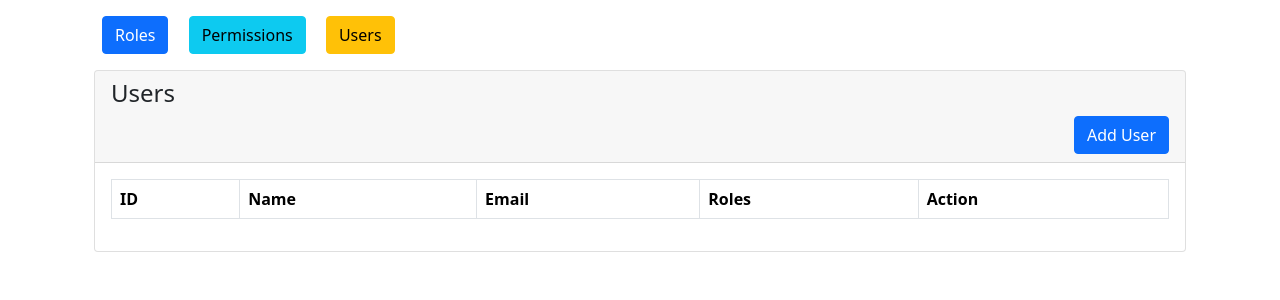
Repository: viisantos/permission_demo
Page: http://localhost/users
An editor plug-in stored every save of this project. The page is shown before and after a run of saves, followed by the edit.
The browser window is 1280 px wide. The pictures show the whole page.
The page is served by the project's Laravel application, run on PHP 8.4 with Laravel 10. Other server files are loaded and not shown. Queries for data that is not in the repository find no rows.

Above is the page before, as saved 2024-05-25 20:57:08.

### routes/web.php
<?php

use App\Http\Controllers\ProfileController;
use Illuminate\Support\Facades\Route;

/*
|--------------------------------------------------------------------------
| Web Routes
|--------------------------------------------------------------------------
|
| Here is where you can register web routes for your application. These
| routes are loaded by the RouteServiceProvider and all of them will
| be assigned to the "web" middleware group. Make something great!
|
*/

Route::get('/', function () {
    return view('welcome');
});

Route::get('/dashboard', function () {
    return view('dashboard');
})->middleware(['auth', 'verified'])->name('dashboard');

/*
Route::middleware('auth')->group(function () {

});*/

Route::group(['middleware' => ['role:super-admin|admin|regular']], function () {
    Route::get('/profile', [ProfileController::class, 'edit'])->name('profile.edit');
    Route::patch('/profile', [ProfileController::class, 'update'])->name('profile.update');
    Route::delete('/profile', [ProfileController::class, 'destroy'])->name('profile.destroy');
    Route::name('profile.destroy')->middleware('permission:delete role');
    Route::resource('permissions', App\Http\Controllers\PermissionController::class);
    //Route::get('permissions/{permissionId}/delete', [App\Http\Controllers\PermissionController::class, 'destroy']);
    Route::resource('roles', App\Http\Controllers\RoleController::class);
   // Route::get('roles/{roleId}/delete', [App\Http\Controllers\RoleController::class, 'destroy']);
    Route::get('roles/{role}/add-permissions', [App\Http\Controllers\RoleController::class, 'addPermissionToRole'])->name('roles.add-permissions');
    Route::put('roles/{role}/give-permissions', [App\Http\Controllers\RoleController::class, 'givePermissionToRole'])->name('roles.give-permissions');
    Route::resource('users', App\Http\Controllers\UserController::class);
    //Route::get('users/{userId}/delete', [App\Http\Controllers\UserController::class, 'destroy']);
});

require __DIR__.'/auth.php';

### app/Http/Controllers/UserController.php
<?php

namespace App\Http\Controllers;

use Illuminate\Http\Request;
use App\Models\User;
use Illuminate\Support\Facades\Hash;
use Spatie\Permission\Models\Role;

class UserController extends Controller
{
    public function __construct(){
        $this->middleware('permission:delete user', ['only' => ['destroy']]);
        $this->middleware('permission:update user', ['only' => ['update','edit']]);
        $this->middleware('permission:view user',   ['only' => ['index','show']]);
        $this->middleware('permission:create user', ['only' => ['create','store']]);
    }
    public function index(){
        $users = User::get();
        return view('role-permission.user.index', compact('users'));
    }

    public function create(){
        $roles = Role::pluck('name','name')->all();
        return view('role-permission.user.create', compact('roles'));
    }
    public function store(Request $request){
     /*
        $request->validate([
            'name' => 'required|string|max:255',
            'email' => 'required|email|max:255',
            'password' => 'required|string|min:8|max:20',
            'roles' => 'required'
        ]);*/


        $user = User::create([
            'name'  => $request->name,
            'email' => $request->email,
            'password' => Hash::make($request->password),
        ]);


        $user->syncRoles($request->roles);


        return redirect('/users')->with('status','User created successfully with roles');

    }

    public function edit(User $user){
        $roles = Role::pluck('name','name')->all();
        $userRoles = $user->roles->pluck('name','name')->all();

        return view('role-permission.user.edit', compact('user','roles','userRoles'));
    }

    public function update(Request $request, User $user){

        $data = [
            'name'  => $request->name,
            'email' => $request->email
        ];

        if(!empty($request->password)){
            $data += [
                'password' => Hash::make($request->password),
            ];
        }

        $user->update($data);
        $user->syncRoles($request->roles);

        return redirect('/users')->with('status','User updated successfully');
    }

    public function destroy(User $user){
        //$user = User::findOrFail($userId);
        $user->delete();
        return redirect('/users')->with('status','User deleted successfully');
    }
}

### resources/views/role-permission/user/index.blade.php
<head>
    <link href="https://cdn.jsdelivr.net/npm/bootstrap@5.3.2/dist/css/bootstrap.min.css" rel="stylesheet" integrity="sha384-T3c6CoIi6uLrA9TneNEoa7RxnatzjcDSCmG1MXxSR1GAsXEV/Dwwykc2MPK8M2HN" crossorigin="anonymous">
    <link rel="stylesheet" href="https://cdn.jsdelivr.net/npm/bootstrap@5.1.3/dist/css/bootstrap.min.css" />
</head>
@include('role-permission.nav-links')
<div class="container">
    <div class="row">
        <div class="col-md-12">
            @if(session('status'))
                <div class="alert alert-success">
                    {{ session('status') }}
                </div>
            @endif
            <div class="card mt-3">
                <div class="card-header">
                    <h4>Users</h4>
                    <a href="{{ route('users.create') }}" class="btn btn-primary float-end">Add User</a>
                </div>
                <div class="card-body">
                    <table class="table table-bordered table-striped">
                        <thead>
                            <tr>
                                <th>ID</th>
                                <th>Name</th>
                                <th>Email</th>
                                <th>Roles</th>
                                <th>Action</th>
                            </tr>
                        </thead>
                        <tbody>
                            @foreach($users as $user)
                                <tr>
                                    <td>{{ $user->id }}</td>
                                    <td>{{ $user->name }}</td>
                                    <td>{{ $user->email }}</td>
                                    <td>
                                        @if(!empty($user->getRoleNames()))
                                            @foreach($user->getRoleNames() as $rolename)
                                                <label class="badge bg-primary mx-1">{{ $rolename }}</label>
                                            @endforeach
                                        @endif
                                    </td>
                                    <td>
                                        <a href="{{ route('users.edit', ['user' => $user->id]) }}" class="btn btn-success">Edit</a>
                                        <form action="{{ route('users.destroy', $user->id) }}" method="POST" style="display: inline;">
                                            @csrf
                                            @method('DELETE')
                                            <button type="submit" class="btn btn-danger">Delete</button>
                                        </form>
                                    </td>
                                </tr>
                            @endforeach
                        </tbody>
                    </table>
                </div>
            </div>
        </div>
    </div>
</div>

### resources/views/role-permission/nav-links.blade.php
<div class="container mt-3">
    <a href="{{ route('roles.index') }}" class="btn btn-primary mx-2">Roles</a>
    <a href="{{ route('permissions.index') }}" class="btn btn-info mx-2">Permissions</a>
    <a href="{{ route('users.index') }}" class="btn btn-warning mx-2">Users</a>
</div>

Loaded but not shown: routes/auth.php (common file); app/Http/Controllers/Auth/EmailVerificationPromptController.php (common file); app/Http/Controllers/Controller.php (common file); app/Http/Controllers/Auth/VerifyEmailController.php (common file); app/Models/User.php (common file)

After the next 7 saves:
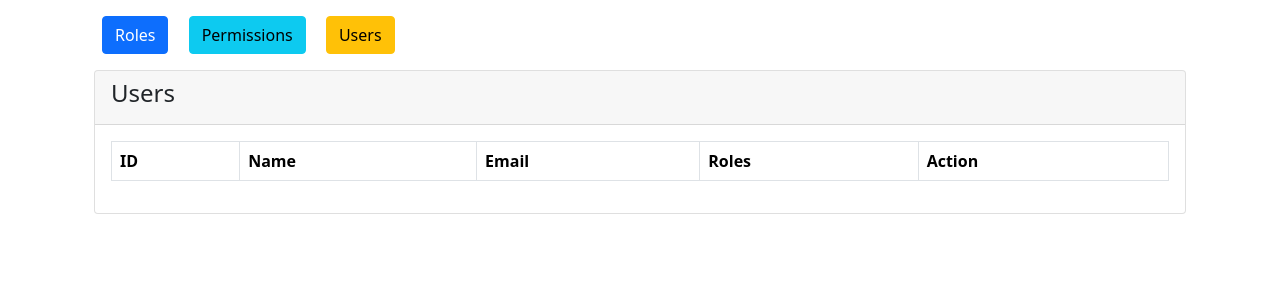
The 7 saves are shown as one change because 1 did not build or start and some came seconds apart.
The last was saved 68 s later.
--- a/resources/views/role-permission/user/index.blade.php
+++ b/resources/views/role-permission/user/index.blade.php
@@ -14,7 +14,9 @@
             <div class="card mt-3">
                 <div class="card-header">
                     <h4>Users</h4>
-                    <a href="{{ route('users.create') }}" class="btn btn-primary float-end">Add User</a>
+                    @can('create user')
+                        <a href="{{ route('users.create') }}" class="btn btn-primary float-end">Add User</a>
+                    @endcan
                 </div>
                 <div class="card-body">
                     <table class="table table-bordered table-striped">
